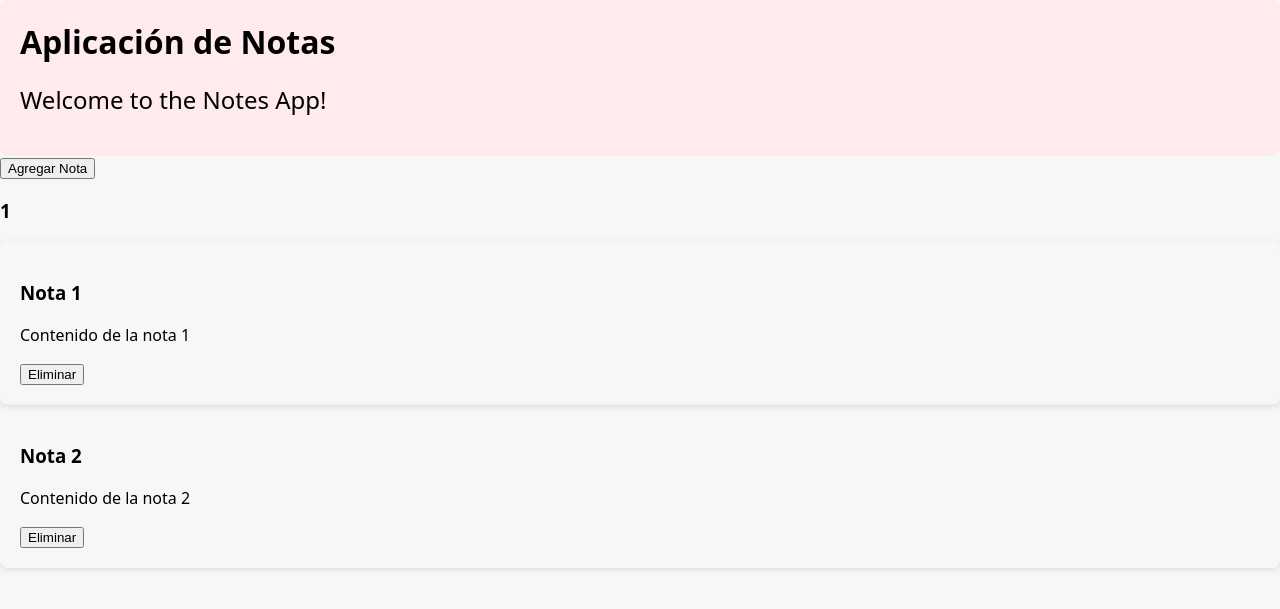
Repository: xunxuno/aplicacion_web_notas
Page: / (app in notas_web_app/)
An editor plug-in stored every save of this project. The page is shown before and after the next save, followed by the edit.
The browser window is 1280 px wide. The pictures show the whole page.
The project was rebuilt for these pictures with package versions that can differ from the ones it lists, and the page was loaded fresh each time. Also part of the build but not shown: notas_web_app/vite.config.ts, notas_web_app/src/components/NoteModal.tsx.

Above is the page before, as saved 2024-10-02 10:25:14.

### notas_web_app/src/main.tsx
import React from 'react';
import ReactDOM from 'react-dom/client'; // Cambiado a ReactDOM para el nuevo root API
import App from './App';
import { NotesProvider } from './contexts/NotesContext';

ReactDOM.createRoot(document.getElementById('root')!).render(
  <React.StrictMode>
    <NotesProvider>
      <App />
    </NotesProvider>
  </React.StrictMode>,
);

### notas_web_app/src/App.tsx
import React, { useState, useContext } from 'react';
import { NotesProvider, NotesContext } from './contexts/NotesContext';
import NoteCollection from './components/NoteCollection';
import NoteModal from './components/NoteModal';
import './styles.css';
import AppBar from './components/AppBar';

// Renombrar la interfaz para evitar conflictos
interface Note {
  id: string;
  title: string;
  content: string;
}

interface NoteCollectionInterface {
  id: string;
  notes: Note[];
}

const App: React.FC = () => {
  const [isModalOpen, setModalOpen] = useState(false);
  const [activeCollectionId, setActiveCollectionId] = useState<string | null>(null);

  const { state, dispatch } = useContext(NotesContext);

  const handleAddNote = (note: Note) => {
    console.log("Nota a agregar:", note);
    if (activeCollectionId) {
      dispatch({
        type: 'ADD_NOTE',
        payload: { collectionId: activeCollectionId, note },
      });
      console.log("Estado después de agregar:", state);
    }
    setModalOpen(false);
  };

  const handleDeleteNote = (noteId: string) => {
    dispatch({
      type: 'DELETE_NOTE',
      payload: { noteId },
    });
  };

  return (
    <NotesProvider>
      <div>
        <AppBar />

        <button onClick={() => setModalOpen(true)}>Agregar Nota</button>

        <div>
          {state.collections.map((collection: NoteCollectionInterface) => (
            <NoteCollection
              key={collection.id}
              collection={collection}
              onNoteClick={(noteId) => console.log("Nota ID:", noteId)}
              onCollectionClick={() => setActiveCollectionId(collection.id)}
              onNoteMove={() => {}} // Agregar función de movimiento si corresponde
              onDelete={handleDeleteNote} // Pasar la función de eliminación
            />
          ))}
        </div>

        {isModalOpen && (
          <NoteModal
            onClose={() => setModalOpen(false)}
            onAddNote={handleAddNote}
          />
        )}
      </div>
    </NotesProvider>
  );
};

export default App;

### notas_web_app/src/contexts/NotesContext.tsx
import React, { createContext, useReducer, ReactNode } from 'react';


// Definir el contexto
interface Note {
  id: string;
  title: string;
  content: string;
}

interface Collection {
  id: string;
  notes: Note[];
}

interface NotesState {
  collections: Collection[];
}


interface AddNoteAction {
  type: 'ADD_NOTE';
  payload: {
    collectionId: string;
    note: Note;
  };
}

interface DeleteNoteAction {
  type: 'DELETE_NOTE';
  payload: {
    collectionId: string;
    noteId: string;
  };
}

interface MoveNoteAction {
  type: 'MOVE_NOTE';
  payload: {
    noteId: string;
    targetCollectionId: string;
  };
}
type NotesAction = AddNoteAction | DeleteNoteAction | MoveNoteAction;

const initialState: NotesState = {
  collections: [
    {
      id: '1',
      notes: [
        { id: 'note-1', title: 'Nota 1', content: 'Contenido de la nota 1' },
        { id: 'note-2', title: 'Nota 2', content: 'Contenido de la nota 2' },
      ],
    },
  ],
};

const NotesContext = createContext<any>(null);

// Reducer para manejar las acciones
const notesReducer = (state: NotesState, action: NotesAction): NotesState => {
  switch (action.type) {
    case 'ADD_NOTE':
      return {
        ...state,
        collections: state.collections.map(collection => {
          if (collection.id === action.payload.collectionId) {
            return {
              ...collection,
              notes: [...collection.notes, action.payload.note], // Agregar la nueva nota
            };
          }
          return collection;
        }),
      };
    case 'DELETE_NOTE':
      return {
        ...state,
        collections: state.collections.map(collection => ({
          ...collection,
          notes: collection.notes.filter(note => note.id !== action.payload.noteId), // Eliminar la nota
        })),
      };
    case 'MOVE_NOTE':
      const { noteId, targetCollectionId } = action.payload;
      const sourceCollection = state.collections.find((collection) =>
        collection.notes.some((note) => note.id === noteId)
      );
      if (!sourceCollection) return state;

      const noteToMove = sourceCollection.notes.find((note) => note.id === noteId);
      if (!noteToMove) return state;

      return {
        ...state,
        collections: state.collections.map((collection) => {
          if (collection.id === sourceCollection.id) {
            return {
              ...collection,
              notes: collection.notes.filter((note) => note.id !== noteId),
            };
          } else if (collection.id === targetCollectionId) {
            return {
              ...collection,
              notes: [...collection.notes, noteToMove],
            };
          } else {
            return collection;
          }
        }),
      };
    default:
      return state;
  }
};


// Proveedor del contexto con soporte para 'children'
interface NotesProviderProps {
  children: ReactNode; // Definir el tipo de la prop 'children'
}

const NotesProvider: React.FC<NotesProviderProps> = ({ children }) => {
  const [state, dispatch] = useReducer(notesReducer, initialState);

  return (
    <NotesContext.Provider value={{ state, dispatch }}>
      {children}
    </NotesContext.Provider>
  );
};

export { NotesContext, NotesProvider, notesReducer };

### notas_web_app/src/components/NoteCollection.tsx
import React from 'react';
import Note from './Note';

interface NoteInterface {
  id: string;
  title: string;
  content: string;
}

interface NoteCollectionProps {
  collection: { id: string; notes: NoteInterface[] };
  onNoteClick: (noteId: string) => void;
  onCollectionClick: () => void;
  onNoteMove: (noteId: string, sourceCollectionId: string, targetCollectionId: string) => void;
  onDelete: (noteId: string) => void; // Definir la prop de eliminación
}

const NoteCollection: React.FC<NoteCollectionProps> = ({
  collection,
  onNoteClick,
  onCollectionClick,
  onNoteMove,
  onDelete,
}) => {
  return (
    <div onClick={onCollectionClick} style={{ cursor: 'pointer' }}>
      <h3>{collection.id}</h3>
      {collection.notes.length > 0 ? ( // Verifica si hay notas
        collection.notes.map(note => (
          <Note
            key={note.id}
            note={note}
            onClick={() => onNoteClick(note.id)}
            onDelete={() => onDelete(note.id)} // Pasa la función onDelete
          />
        ))
      ) : (
        <p>No hay notas en esta colección.</p> // Mensaje para colecciones vacías
      )}
    </div>
  );
};

export default NoteCollection;

### notas_web_app/src/styles.css
body {
    font-family: 'Noto Sans', sans-serif;
    background-color: #f7f7f7;
    margin: 0;
    padding: 0;
    color: #000;
  }

  .app-bar {
    background-color: #ffebee; /* Color pastel */
    border-radius: 8px;
    margin: 0;
    padding: 20px;
  }

  h1 {
    font-weight: bold;
    margin: 0;
  }

  h2 {
    font-weight: 400;
  }

  .button-add-note {
    margin: 20px 0;
    float: right;
    background-color: #ff8a80; /* Color pastel */
    color: #fff;
    border-radius: 50%;
  }

  .modal {
    background-color: #fff;
    border-radius: 8px;
    padding: 20px;
  }

  .note {
    padding: 20px;
    border-radius: 8px;
    box-shadow: 0 2px 6px rgba(0, 0, 0, 0.1);
    transition: transform 0.3s;
  }

  .note-title {
    font-weight: 500; /* w500 */
  }

  .note-content {
    font-size: 14px; /* Tamaño de fuente legible */
  }

  .collection {
    padding: 20px;
    border-radius: 8px;
    background-color: #ffffff;
  }

  .note-panel {
    display: flex;
    flex-wrap: wrap;
    gap: 20px;
    padding: 20px;
  }

  .note-card {
    width: 150px; /* Tamaño de las notas */
    background-color: #e1bee7; /* Color pastel dinámico */
    border-radius: 8px;
    padding: 10px;
    box-shadow: 0 2px 6px rgba(0, 0, 0, 0.1);
    position: relative;
  }

  .note-card:hover {
    transform: scale(1.05);
  }

  .edit-button, .delete-button {
    position: absolute;
    top: 5px;
    right: 5px;
    background: none;
    border: none;
    cursor: pointer;
  }

  .edit-button {
    color: #4caf50;
  }

  .delete-button {
    color: #f44336;
  }

### notas_web_app/src/components/AppBar.tsx
import React from 'react';


const AppBar: React.FC = () => {
  return (
    <div className="app-bar">
      <h1>Aplicación de Notas</h1>
      <h2>Welcome to the Notes App!</h2>
    </div>
  );
};

export default AppBar;

### notas_web_app/src/components/Note.tsx
import React from 'react';

interface Note {
  id: string;
  title: string;
  content: string;
}

interface NoteProps {
  note: Note;
  onClick: () => void; // Agregar prop para manejar clic en nota
  onDelete: (noteId: string) => void; // Agregar prop para manejar eliminación de nota
}

const Note: React.FC<NoteProps> = ({ note, onClick, onDelete }) => {
  return (
    <div className="note" onClick={onClick} style={{ cursor: 'pointer' }}>
      <h3>{note.title}</h3>
      <p>{note.content}</p>
      <button onClick={(e) => {
        e.stopPropagation(); // Evitar que se active el onClick del contenedor
        onDelete(note.id); // Llamar a onDelete al hacer clic
      }}>Eliminar</button>
    </div>
  );
};

export default Note;

Loaded but not shown: notas_web_app/index.html (common file)

After the next save:
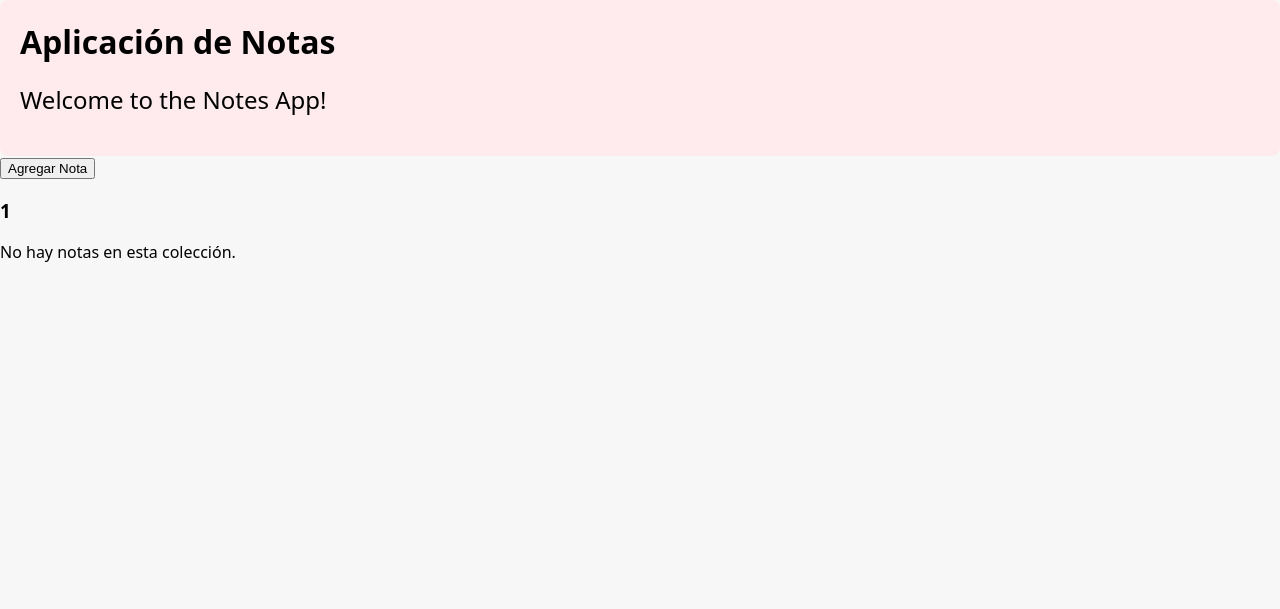
Saved 74 s later.
--- a/notas_web_app/src/contexts/NotesContext.tsx
+++ b/notas_web_app/src/contexts/NotesContext.tsx
@@ -48,8 +48,7 @@
     {
       id: '1',
       notes: [
-        { id: 'note-1', title: 'Nota 1', content: 'Contenido de la nota 1' },
-        { id: 'note-2', title: 'Nota 2', content: 'Contenido de la nota 2' },
+
       ],
     },
   ],

After the save that followed:
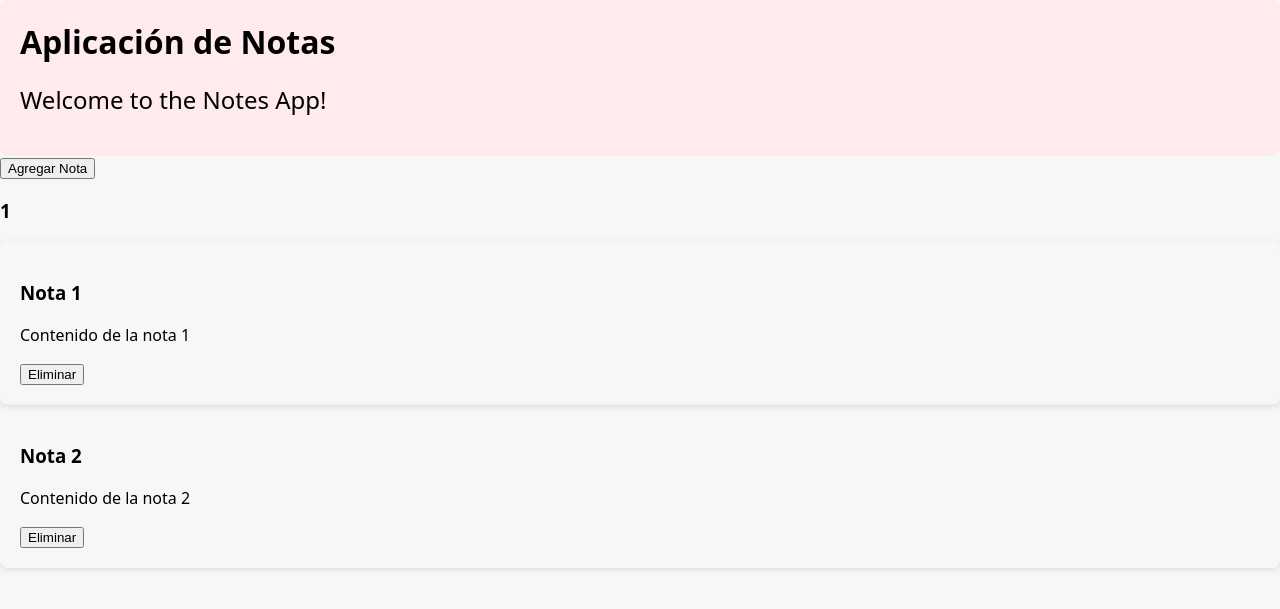
Saved 32 s later.
--- a/notas_web_app/src/contexts/NotesContext.tsx
+++ b/notas_web_app/src/contexts/NotesContext.tsx
@@ -48,7 +48,8 @@
     {
       id: '1',
       notes: [
-
+        { id: 'note-1', title: 'Nota 1', content: 'Contenido de la nota 1' },
+        { id: 'note-2', title: 'Nota 2', content: 'Contenido de la nota 2' },
       ],
     },
   ],
